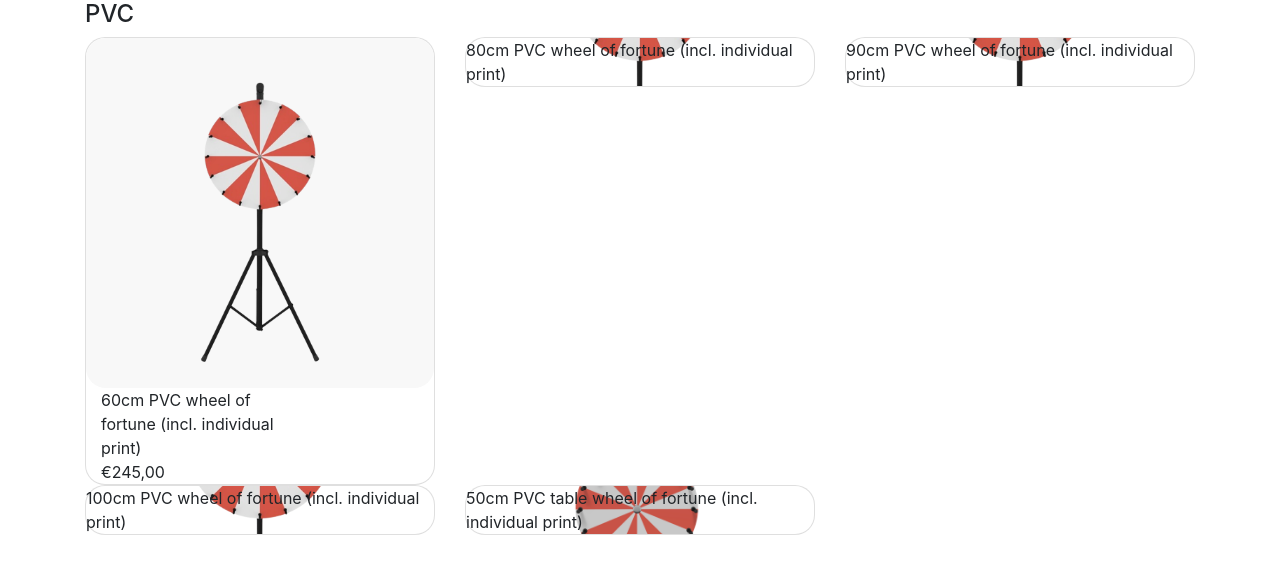
Repository: Awaisp-irfan/fahad-project
Page: pvc.html
The author's editor kept a copy of each file at every save. The page is drawn from the files as they stood at one save, then again after the next save.
The browser window is 1280 px wide. The pictures show the whole page.

Above is the page before, as saved 2022-06-30 09:05:57.

### pvc.html
<!DOCTYPE html>
<html lang="en">
<head>
    <meta charset="UTF-8">
    <meta http-equiv="X-UA-Compatible" content="IE=edge">
    <meta name="viewport" content="width=device-width, initial-scale=1.0">
    <link
    rel="stylesheet"
    href="https://cdn.jsdelivr.net/npm/bootstrap@4.6.1/dist/css/bootstrap.min.css"
    integrity="sha384-zCbKRCUGaJDkqS1kPbPd7TveP5iyJE0EjAuZQTgFLD2ylzuqKfdKlfG/eSrtxUkn"
    crossorigin="anonymous"
  />

  <link rel="stylesheet" href="./style.css" />
    <title>Document</title>
</head>
<body>
    <div class="container">
        <div class="row">
            <div class="col-lg-12">
                <h4 class="heading">PVC</h4>
            </div>
        </div>

        <div class="row">
            <div class="col-lg-4">
                <div class="card ">
                    <div class="img-div">
                        <div class="cm60-img">

                        </div>
                    </div>
                    <div class="cm60-content">
                        <div class="col-lg-8">60cm PVC wheel of fortune (incl. individual print)</div>
                         <div class="col-lg-4">€245,00</div>
                    </div>
                </div>
            </div>
            <div class="col-lg-4">
                <div class="card img-div">
                    <div class="cm80">80cm PVC wheel of fortune (incl. individual print)</div>
                </div>
            </div>
            <div class="col-lg-4">
                <div class="card img-div">
                    <div class="cm90">90cm PVC wheel of fortune (incl. individual print)</div>
                </div>
            </div>
            <div class="col-lg-4">
                <div class="card img-div">
                    <div class="cm100">100cm PVC wheel of fortune (incl. individual print)</div>
                </div>
            </div>
            <div class="col-lg-4">
                <div class="card img-div">
                    <div class="cm50">50cm PVC table wheel of fortune (incl. individual print)</div>
                </div>
            </div>
        </div>
    </div>
</body>
</html>

### style.css
.pvc{
    background-image: url(./assests/2289977149.jpg);
    background-size: cover;
    background-position: center;
    background-repeat: no-repeat;
    height: 100%;
    border-radius: 20px;
}

.col-lg-4>a > .img-div{
    height: 400px;
    border-radius: 20px;
}
.card{
    border-radius: 20px;
}
.card>.img-div{
    height: 350px;
    border-radius: 20px;
    background-color: rgb(248, 248, 248);
}
.wooden{
    background-image: url(./assests/wooden.jpg);
    background-size: cover;
    background-position: center;
    background-repeat: no-repeat;
    height: 100%;
    border-radius: 20px;
}

.display{
    background-image: url(./assests/display.jpg);
    background-size: cover;
    background-position: center;
    background-repeat: no-repeat;
    height: 100%;
    border-radius: 20px;
}
.cm60-img{
    background: url(./assests/60cm_PVC-removebg-preview.png);

    background-size: cover;
    background-position: center;
    background-repeat: no-repeat;
    height: 100%;
    border-radius: 20px;
}

.cm80{
    background: url(./assests/80cm_PVC-removebg-preview.png);

    background-size: cover;
    background-position: center;
    background-repeat: no-repeat;
    height: 100%;
    border-radius: 20px;
}

.cm90{
    background: url(./assests/90cm_PVC-removebg-preview.png);

    background-size: cover;
    background-position: center;
    background-repeat: no-repeat;
    height: 100%;
    border-radius: 20px;
}
.cm100{
    background: url(./assests/100cm_PVC-removebg-preview.png);

    background-size: cover;
    background-position: center;
    background-repeat: no-repeat;
    height: 100%;
    border-radius: 20px;
}

.cm50{
    background: url(./assests//50cm\ PVC.png);

    background-size: cover;
    background-position: center;
    background-repeat: no-repeat;
    height: 100%;
    border-radius: 20px;
}

After the next save:
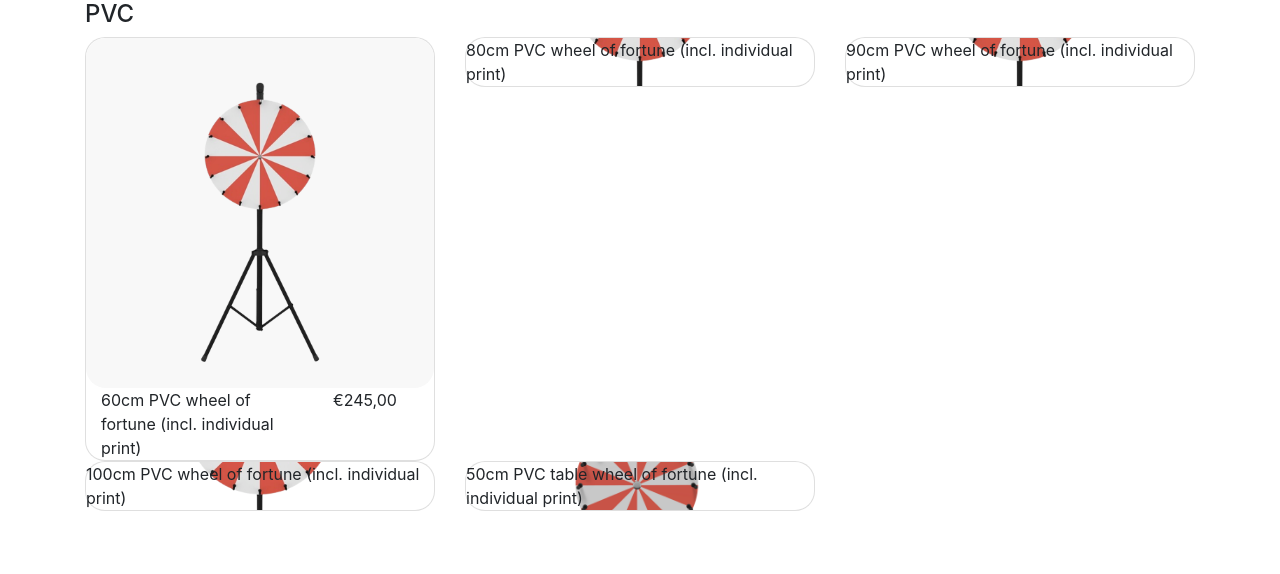
Saved 33 s later.
--- a/pvc.html
+++ b/pvc.html
@@ -30,7 +30,7 @@
 
                         </div>
                     </div>
-                    <div class="cm60-content">
+                    <div class="cm60-content d-flex justify-content-between">
                         <div class="col-lg-8">60cm PVC wheel of fortune (incl. individual print)</div>
                          <div class="col-lg-4">€245,00</div>
                     </div>
